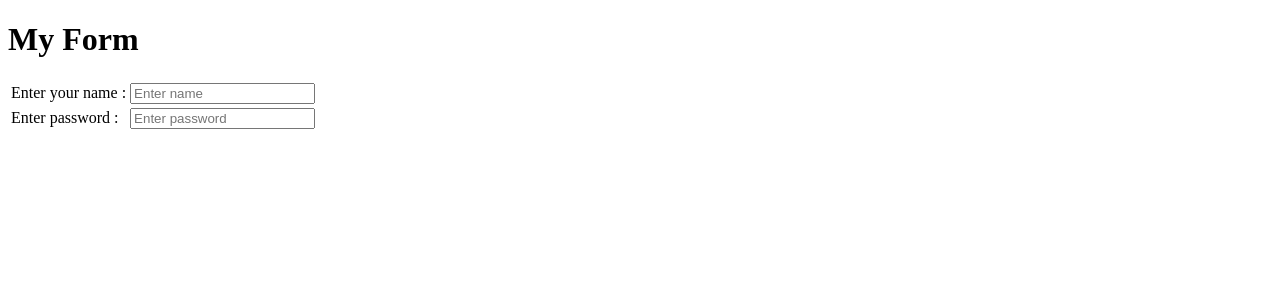
Repository: nin19/advance_java
Page: servlet/FormServlet/src/main/webapp/index.html
An editor plug-in stored every save of this project. The page is shown before and after the next save, followed by the edit.
The browser window is 1280 px wide. The pictures show the whole page.

Above is the page before, as saved 2024-10-16 15:55:20.

### servlet/FormServlet/src/main/webapp/index.html
<!DOCTYPE html>
<html>
<head>
<title>Form Page</title>
</head>
<body>
	<div class="container">
		<h1>My Form</h1>

		<form action="formServlet" method="post">
			<table>
				<tr>
					<td>Enter your name :</td>
					<td><input type="text" name="user_name" placeholder="Enter name"/></td>
				</tr>
				<tr>
					<td>Enter password :</td>
					<td><input type="password" name="user_password" placeholder="Enter password"/></td>
				</tr>

			</table>

		</form>
	</div>
</body>
</html>

After the next save:
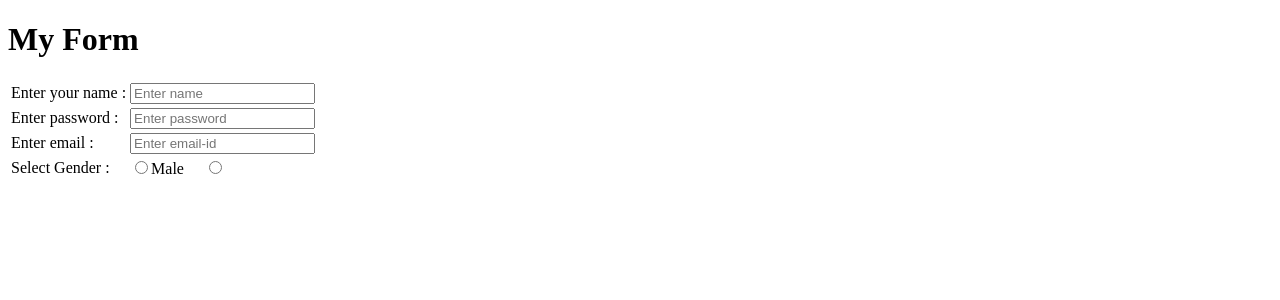
Saved 4 min 10 s later.
--- a/servlet/FormServlet/src/main/webapp/index.html
+++ b/servlet/FormServlet/src/main/webapp/index.html
@@ -17,6 +17,16 @@
 					<td>Enter password :</td>
 					<td><input type="password" name="user_password" placeholder="Enter password"/></td>
 				</tr>
+				<tr>
+					<td>Enter email :</td>
+					<td><input type="email" name="user_email" placeholder="Enter email-id" /></td>
+				</tr>
+				<tr>
+					<td>Select Gender :</td>
+					<td>
+						<input type="radio" name="user_gender" value="Male">Male &nbsp; &nbsp; <input type="radio" name="user_gender" value="Female" />
+					</td>
+				</tr>
 
 			</table>
 
